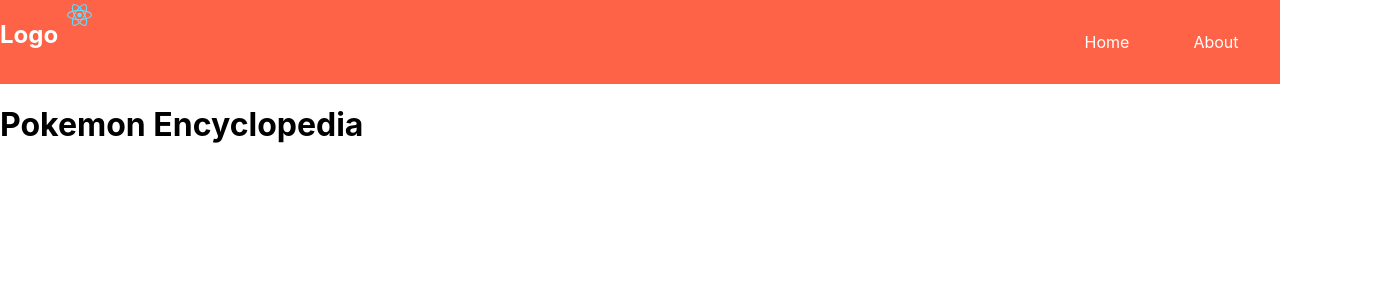
Repository: Gibberlin/pokedex
Page: /
These files come from the project's save history. The page is drawn as it stood at one moment and after the next save; the edit follows.
The browser window is 1280 px wide. The page is 1379 px wide, so the pictures cover 1379 px, including what lies to the right of the window. The pictures show the whole page.
The pointer rests on the first visible `li`.
The project was rebuilt for these pictures with package versions that can differ from the ones it lists, and the page was loaded fresh each time.

Above is the page before, as saved 2021-09-28 22:31:38.

After the next save:
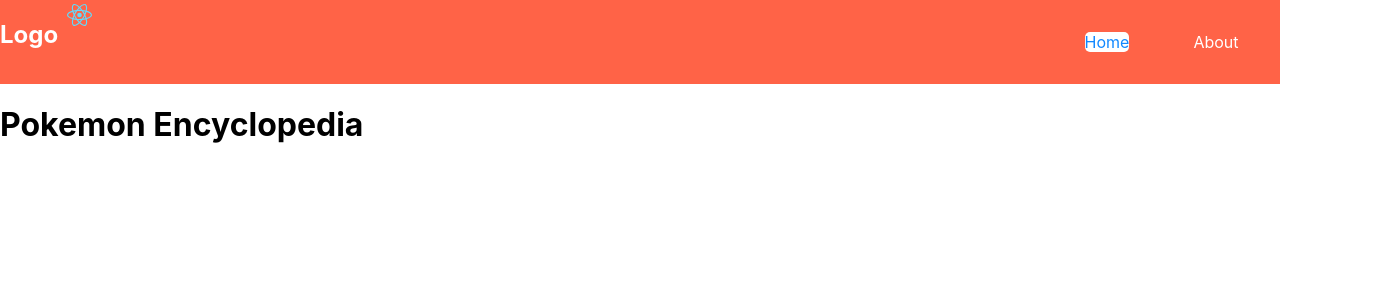
Saved 61 s later.
--- a/src/App.css
+++ b/src/App.css
@@ -5,7 +5,6 @@
 }
 li {
   margin: 1rem 1rem 1rem 3rem;
-
   cursor: pointer;
   border-radius: 5px;
 }
@@ -14,3 +13,7 @@
   background: tomato;
   color: #fff;
 }
+li:hover {
+  color: #18f;
+  background-color: #fff;
+}
